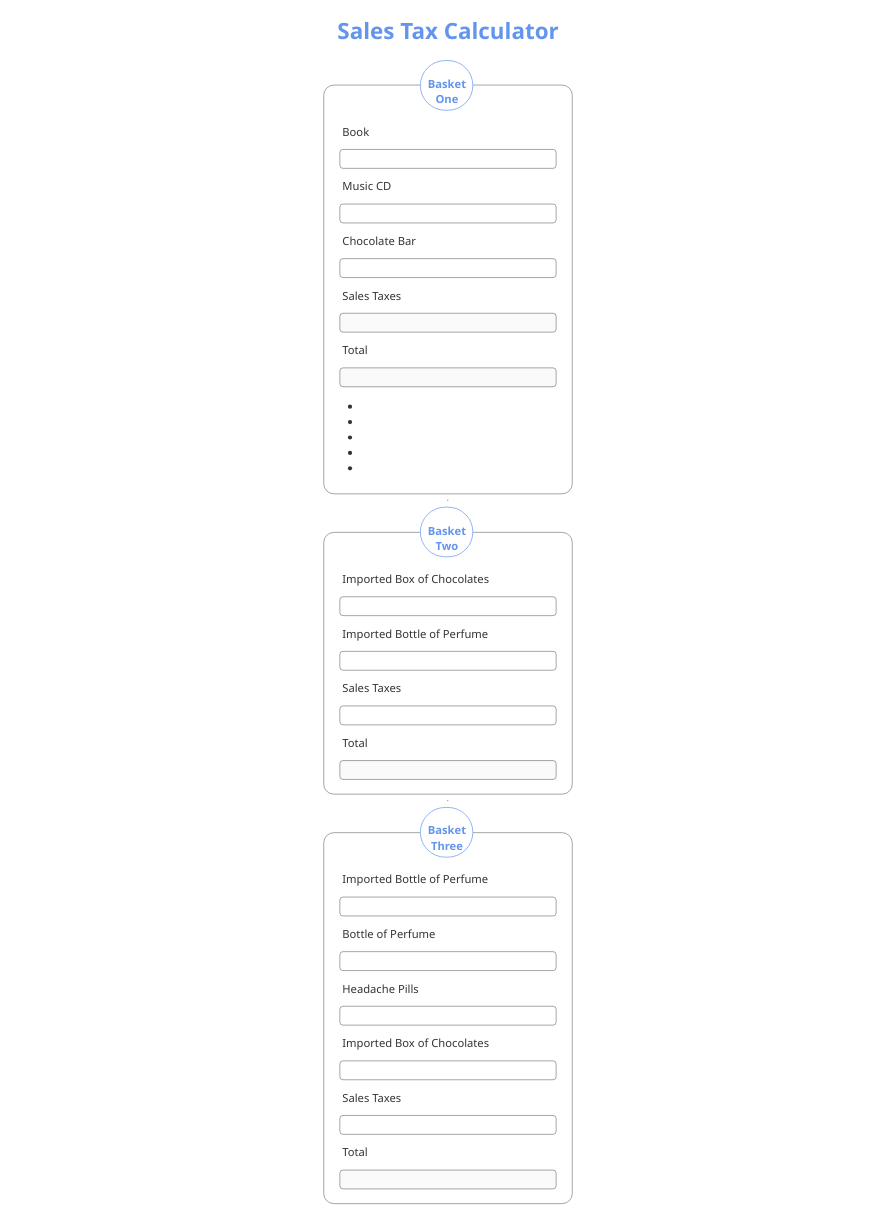
Repository: duzzisantos/sales-tax
Page: index.html
The author's editor kept a copy of each file at every save. The page is drawn from the files as they stood at one save, then again after the next save.
The browser window is 1280 px wide. The pictures show the whole page, at 70% of full size.

Above is the page before, as saved 2022-05-25 21:44:26.

### index.html
<!DOCTYPE html>
<html lang="en">

<head>
    <meta charset="UTF-8">
    <meta http-equiv="X-UA-Compatible" content="IE=edge">
    <meta name="viewport" content="width=device-width, initial-scale=1.0">
    <link href="style.css" rel="stylesheet">
    <title>Sales Tax Calculator</title>
</head>

<body>
    <h1>Sales Tax Calculator</h1>
    <section id="container">
        <fieldset>
            <legend>
                <h4>Basket One</h4>
            </legend>
            <label for="book">Book</label>
            <input id="book" type="number" name="book" onchange="basketOne()" />
            <label for="musicCD">Music CD</label>
            <input id="musicCD" type="number" name="musicCD" onchange="basketOne()" />
            <label for="chocolateBar">Chocolate Bar</label>
            <input id="chocolateBar" type="number" name="chocolateBar" onchange="basketOne()" />
            <label for="sales-taxes">Sales Taxes</label>
            <input id="sales-taxes" type="number" name="sales-taxes" onchange="basketOne()" disabled />
            <label for="total">Total</label>
            <input id="total" type="number" name="total" onchange="basketOne()" disabled />
            <ul class="listOne">
                <li></li>
                <li></li>
                <li></li>
                <li></li>
                <li></li>
            </ul>
        </fieldset>
        <hr>

        <fieldset>
            <legend>
                <h4>Basket Two</h4>
            </legend>
            <label for="imported-box-chocolate">Imported Box of Chocolates</label>
            <input id="imported-box-chocolate" type="number" name="imported-box-chocolate" onchange="basketTwo()" />
            <label for="imported-perfume">Imported Bottle of Perfume</label>
            <input id="imported-perfume" type="number" name="imported-perfume" onchange="basketTwo()" />

            <label for="sales-taxes2">Sales Taxes</label>
            <input id="sales-taxes2" type="number" name="sales-taxes2" onchange="basketTwo()" />
            <label for="total">Total</label>
            <input disabled id="total2" type="number" name="total2" onchange="basketTwo()" />
        </fieldset>
        <hr>

        <fieldset>
            <legend>
                <h4>Basket Three</h4>
            </legend>
            <label for="imported-perfume2">Imported Bottle of Perfume</label>
            <input id="imported-perfume2" type="number" name="imported-perfume2" onchange="basketThree()" />
            <label for="bottle-perfume">Bottle of Perfume</label>
            <input id="bottle-perfume" type="number" name="bottle-perfume" onchange="basketThree()" />
            <label for="pills">Headache Pills</label>
            <input id="pills" type="number" name="pills" onchange="basketThree()" />
            <label for="imported-box-chocolate2">Imported Box of Chocolates</label>
            <input id="imported-box-chocolate2" type="number" name="imported-box-chocolate2" onchange="basketThree()" />
            <label for=" sales-taxes3">Sales Taxes</label>
            <input id="sales-taxes3" type="number" name="sales-taxes3" onchange="basketThree()" />
            <label for="total3">Total</label>
            <input disabled id="total3" type="number" name="total3" onchange="basketThree()" />
        </fieldset>
    </section>
</body>
<script src="first.js"></script>
<script src="second.js"></script>
<script src="third.js"></script>
<script src="index.js"></script>

</html>

### style.css
*{
    color: rgb(0,0,0,0.8);
    font-family: 'Segoe UI', Tahoma, Geneva, Verdana, sans-serif;
}

#container{
    display: flex;
    flex-direction: column;
    align-items: center;
    justify-content: center;
    bottom: 0;
}

fieldset{
    height: fit-content;
    width: 20%;
    border: 1px solid grey;
    border-radius: 15px;
}

legend{
    height: 70px;
    width: 70px;
    border: 1px solid cornflowerblue;
    border-radius: 50px;
    margin-left: 38%;
}

legend h4, h1{
    text-align: center;
    color: cornflowerblue;
}
label, input{
    display: block;
    margin: 10px;
    padding: 4px;
}

input{
    width: 300px;
    border-radius: 5px;
    border: 1px solid grey;
}

### first.js
//Variables for tax rate
let taxFree = 0;
let basicTax = 10;
let importDuty = 5;

//imported basic taxable items attract an extra non-negotiable tax rate of 5%, therefore 10% + 5% = 15%
let basicPlusImportDuty = basicTax + importDuty;

//An app that computes the first basket of goods
const basketOne = () => {
  let book = document.getElementById("book").value;
  let musicCD = document.getElementById("musicCD").value;
  let chocolateBar = document.getElementById("chocolateBar").value;

  // The plus sign is used in front of every variable to indicate to JavaScript that they are numerical values
  // Without this, they would become concatenated strings

  //these are the sums of the items and their taxes
  let bookPlusTax = +taxFree * +book + +book;
  let musicCDPlusTax = (basicTax * +musicCD) / 100 + +musicCD;
  let chocolateBarPlusTax = +taxFree * +chocolateBar + +chocolateBar;

  //this computes the total price paid by the customer
  let netPayment = +bookPlusTax + +musicCDPlusTax + +chocolateBarPlusTax;
  document.getElementById("total").value = netPayment.toFixed(2);

  //this computes the total sales tax generated
  let totalTaxes =
    bookPlusTax -
    book +
    (musicCDPlusTax - musicCD) +
    (chocolateBarPlusTax - chocolateBar);

  //Math.ceil and toFixed method helps us round up to the nearest 0.05
  document.getElementById("sales-taxes").value = (
    Math.ceil(totalTaxes * 20) / 20
  ).toFixed(2);
};

### second.js
//Variables for tax rate
let basicTax2 = 10;
let importDuty2 = 5;

//imported basic taxable items attract an extra non-negotiable tax rate of 5%, therefore 10% + 5% = 15%
let basicPlusImportDuty2 = basicTax2 + importDuty2;

//An app that computes the second basket of goods
const basketTwo = () => {
  let importedChocolate = document.getElementById(
    "imported-box-chocolate"
  ).value;
  let importedPerfume2 = document.getElementById("imported-perfume").value;

  // The plus sign is used in front of every variable to indicate to JavaScript that they are numerical values
  // Without this, they would become concatenated strings

  //these are the sums of the imported items and their taxes
  let importedChocolatePlusTax =
    (importDuty2 * +importedChocolate) / 100 + +importedChocolate;
  let importedPerfume2PlusTax =
    (basicPlusImportDuty2 * +importedPerfume2) / 100 + +importedPerfume2;

  //Math.ceil and toFixed method helps us round up to the nearest 0.05
  //this computes the total price paid by the customer
  let netPayment = +importedChocolatePlusTax + +importedPerfume2PlusTax;
  document.getElementById("total2").value = (
    Math.ceil(netPayment * 20) / 20
  ).toFixed(2);

  //this computes the total sales tax generated
  let totalTaxes =
    (importDuty2 * +importedChocolate) / 100 +
    (basicPlusImportDuty2 * +importedPerfume2) / 100;
  document.getElementById("sales-taxes2").value = (
    Math.ceil(totalTaxes * 20) / 20
  ).toFixed(2);
};

### third.js
//Variables for tax rate
let taxFree3 = 0;
let basicTax3 = 10;
let importDuty3 = 5;
let basicPlusImportDuty3 = basicTax3 + importDuty3;


//App that computes the third basket of goods
const basketThree = () => {
    let importedPerfume2 = document.getElementById("imported-perfume2").value;
    let bottlePerfume = document.getElementById("bottle-perfume").value;
    let pills = document.getElementById("pills").value;
    let importedChocolate2 = document.getElementById("imported-box-chocolate2").value;


    //    // The plus sign is used in front of every variable to indicate to JavaScript that they are numerical values
     // Without this, they would become concatenated strings

    //these are the sums of the imported items and their taxes
    let importedPerfume2PlusTax = (basicPlusImportDuty3 * +importedPerfume2) / 100 + +importedPerfume2;
    let bottlePerfumePlusTax =
      (basicTax3 * +bottlePerfume) / 100 + +bottlePerfume;
    let pillsPlusTax = (taxFree3 * +pills) + +pills;
    let importedChocolate2PlusTax =
      (importDuty3 * +importedChocolate2) / 100 + +importedChocolate2;

    //Math.ceil and toFixed method helps us round up to the nearest 0.05
    //This computes the prices plus their taxes
    let netPayment =
      importedPerfume2PlusTax +
      bottlePerfumePlusTax +
      pillsPlusTax +
      importedChocolate2PlusTax;
    document.getElementById("total3").value = (Math.ceil(netPayment * 20) / 20).toFixed(2);

    //this computes the total taxes generated from selling basket three
    let totalTaxes =
      importedPerfume2PlusTax -
      importedPerfume2 +
      (bottlePerfumePlusTax - bottlePerfume) +
      (pillsPlusTax - pills) +
      (importedChocolate2PlusTax - importedChocolate2);

    document.getElementById("sales-taxes3").value = (
        Math.ceil(totalTaxes * 20) / 20
      ).toFixed(2);
  };

### index.js
//This is responsible for the DOM Manipulation
//This helps the user to display a simple receipt

After the next save:
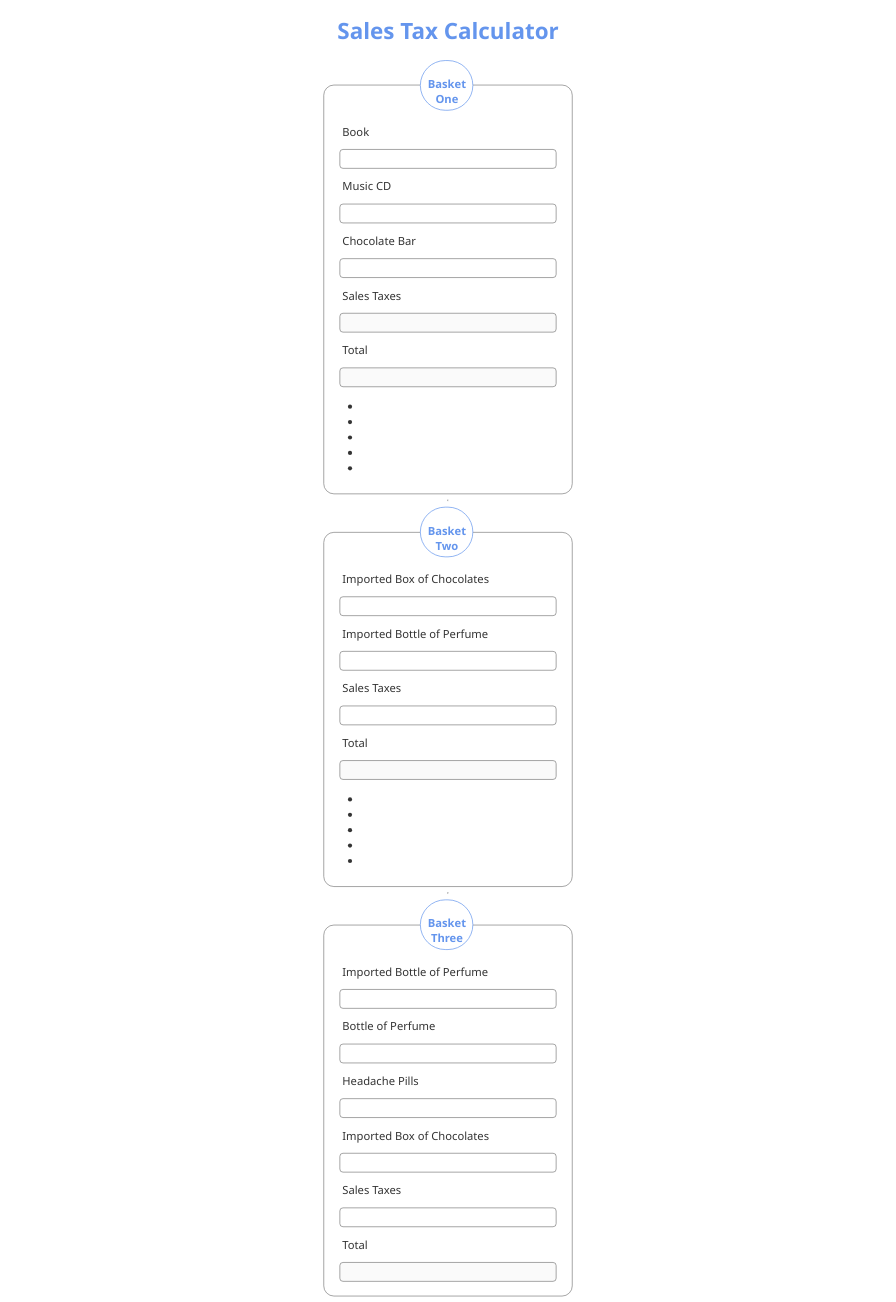
Saved 29 s later.
--- a/index.html
+++ b/index.html
@@ -49,6 +49,13 @@
             <input id="sales-taxes2" type="number" name="sales-taxes2" onchange="basketTwo()" />
             <label for="total">Total</label>
             <input disabled id="total2" type="number" name="total2" onchange="basketTwo()" />
+            <ul class="listOne">
+                <li></li>
+                <li></li>
+                <li></li>
+                <li></li>
+                <li></li>
+            </ul>
         </fieldset>
         <hr>
 
